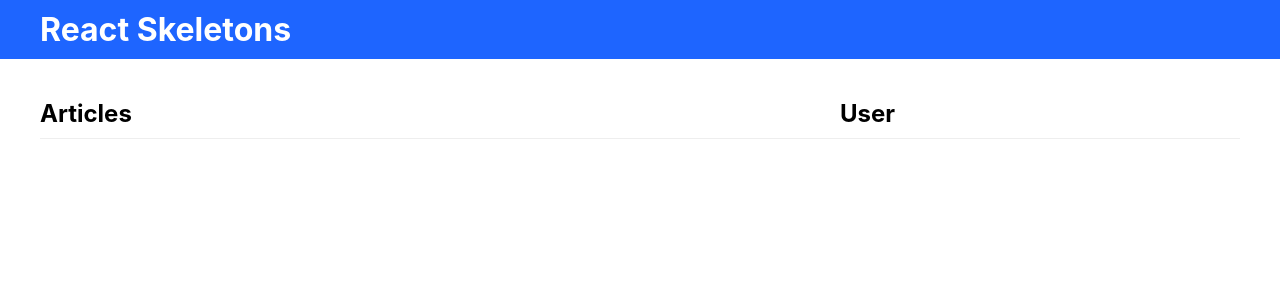
Repository: hwangstar156/React-skeleton-image
Page: /
The author's editor kept a copy of each file at every save. The page is drawn from the files as they stood at one save, then again after the next save.
The browser window is 1280 px wide. The pictures show the whole page.
The project was rebuilt for these pictures with package versions that can differ from the ones it lists, and the page was loaded fresh each time.

Above is the page before, as saved 2021-10-02 00:25:05.

### src/index.css
body {
  margin: 0;
  font-family: -apple-system, BlinkMacSystemFont, 'Segoe UI', 'Roboto', 'Oxygen',
    'Ubuntu', 'Cantarell', 'Fira Sans', 'Droid Sans', 'Helvetica Neue',
    sans-serif;
  -webkit-font-smoothing: antialiased;
  -moz-osx-font-smoothing: grayscale;
}

code {
  font-family: source-code-pro, Menlo, Monaco, Consolas, 'Courier New',
    monospace;
}

header {
  background : #1e65ff;
  padding : 10px;
}

header h1 {
  color : white;
  max-width: 1200px;
  margin : 0 auto;
}

h2 {
  padding-bottom : 10px;
  border-bottom: 1px solid #eee;
}

.content {
  width : 100%;
  max-width: 1200px;
  margin: 0 auto;
  padding : 20px;
  display: grid;
  grid-template-columns: 2fr 1fr;
}

### src/App.js
import React from "react";

import Articles from "./component/Article";
import User from "./component/User";
function App() {
  return (
    <div className="App">
      <header>
        <h1>React Skeletons</h1>
      </header>
      <div className="content">
        <Articles />
        <User />
      </div>
    </div>
  );
}

export default App;

### src/component/Article.js
import React from "react";

const Articles = () => {
  return (
    <div className="articles">
      <h2>Articles</h2>
    </div>
  );
};

export default Articles;

### src/component/User.js
import React from "react";

const User = () => {
  return (
    <div className="user">
      <h2>User</h2>
    </div>
  );
};

export default User;

Loaded but not shown: public/index.html (common file); src/index.js (common file)

After the next save:
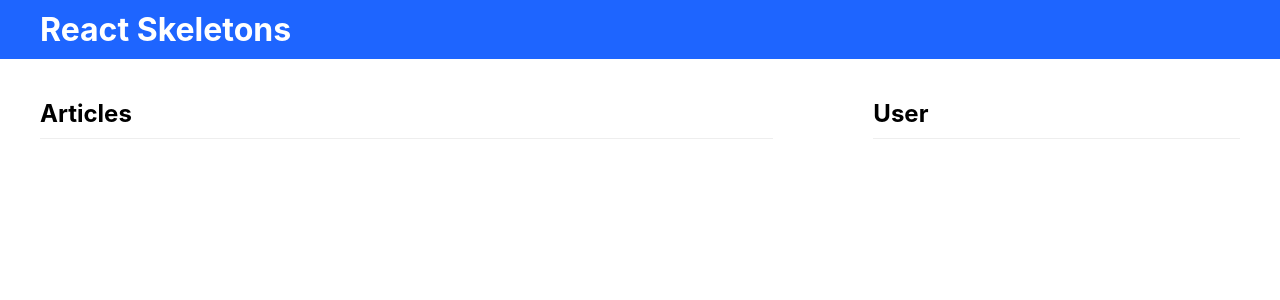
Saved 14 s later.
--- a/src/index.css
+++ b/src/index.css
@@ -35,4 +35,5 @@ h2 {
   padding : 20px;
   display: grid;
   grid-template-columns: 2fr 1fr;
+  gap : 100px;
 }
